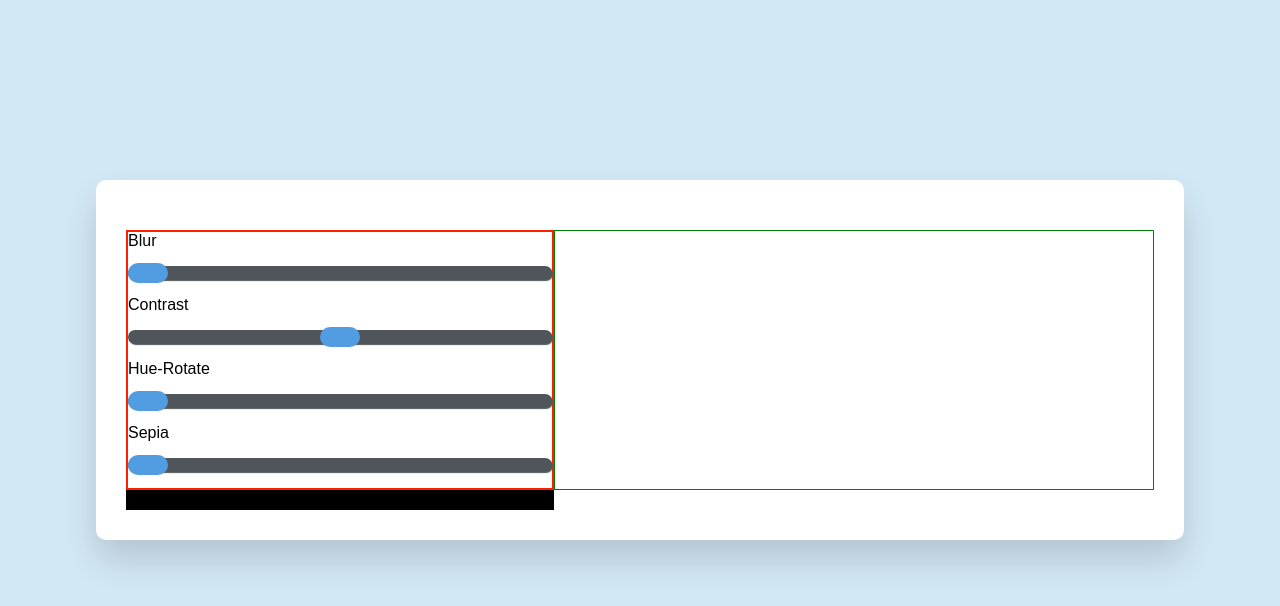
Repository: Larrowo/Challenges
Page: Photo filter/index.html
The author's editor kept a copy of each file at every save. The page is drawn from the files as they stood at one save, then again after the next save.
The browser window is 1280 px wide. The pictures show the whole page.

Above is the page before, as saved 2022-04-01 12:30:29.

After the next save:
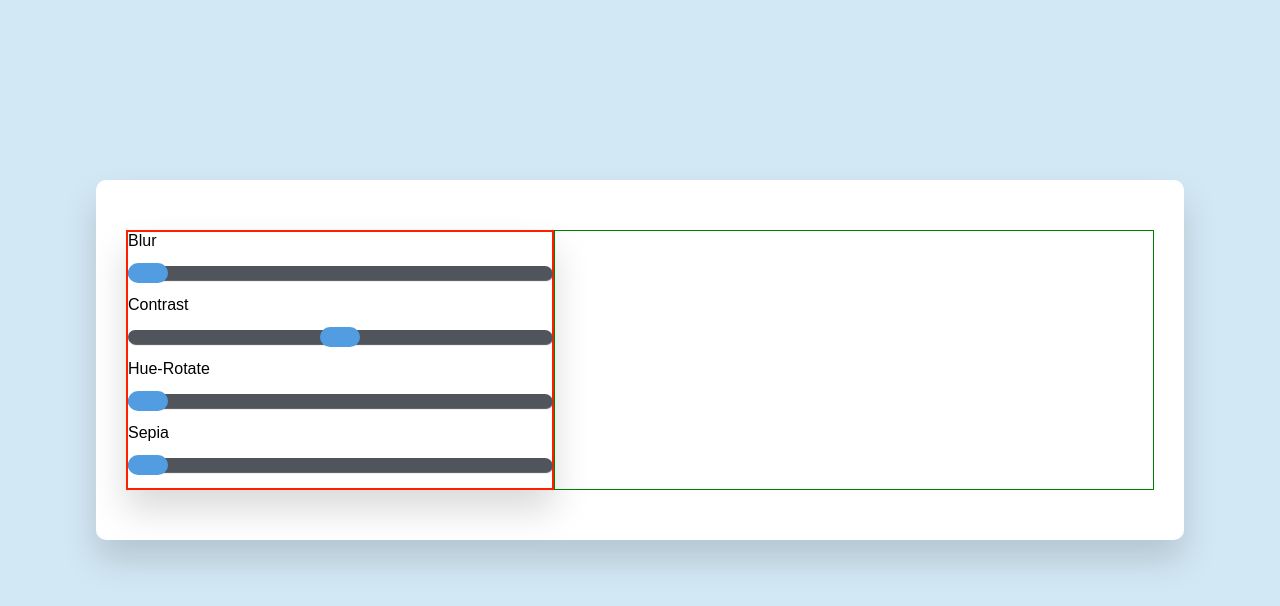
Saved 6 s later.
--- a/Photo filter/style.css
+++ b/Photo filter/style.css
@@ -25,7 +25,7 @@ body{
 
  .editor{
      border: 2px solid rgb(255, 30, 0);
-     box-shadow: 0 20px;
+     box-shadow: 0 20px 35px rgba(0,0,0,0.15);
      min-height: 35vmin;
      display: flex;
      flex-direction: column;
